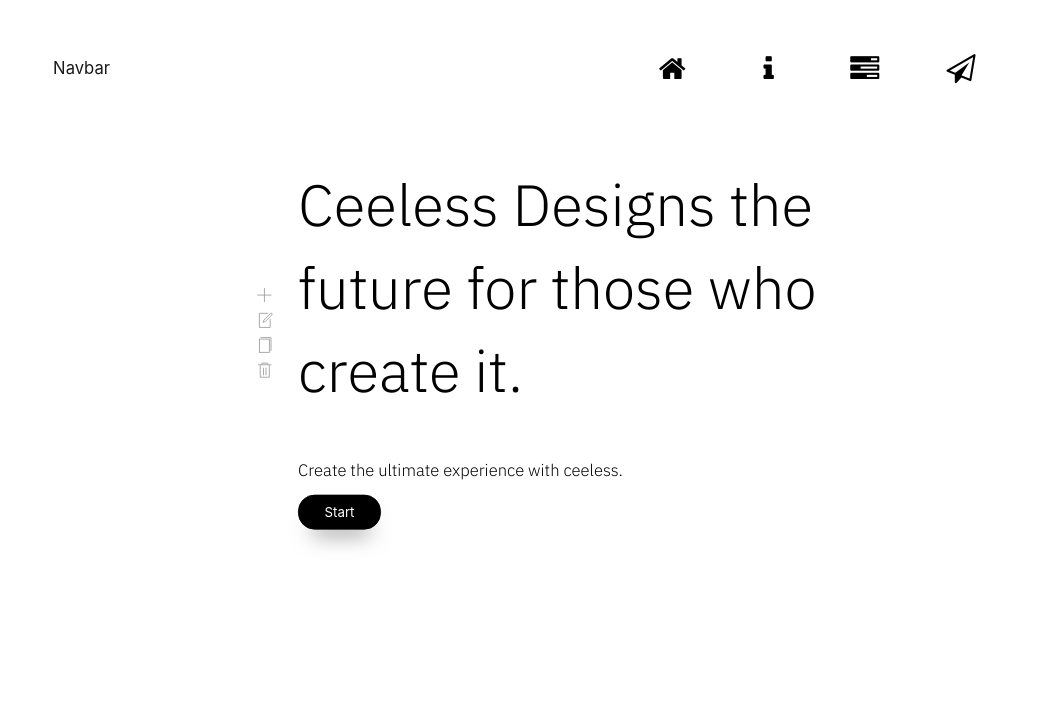
Repository: latenightsnacc/ceeless
Page: index.html
These files come from the project's save history. The page is drawn as it stood at one moment and after the next save; the edit follows.
The browser window is 1280 px wide. The pictures show the whole page, at 83% of full size.
Some web libraries are served in a nearby version. The style sheet was rebuilt from its Sass, Less or Tailwind sources for each picture, by a compiler version that may differ from the author's.

Above is the page before, as saved 2020-06-12 13:13:58.

### index.html
<!DOCTYPE html>
<html lang="en">
<head>
    <meta charset="UTF-8">
    <meta name="viewport" content="width=device-width, initial-scale=1.0">

    <!--Bootstrap-->
    <link rel="stylesheet" href="https://stackpath.bootstrapcdn.com/bootstrap/4.5.0/css/bootstrap.min.css" integrity="sha384-9aIt2nRpC12Uk9gS9baDl411NQApFmC26EwAOH8WgZl5MYYxFfc+NcPb1dKGj7Sk" crossorigin="anonymous">

    <!-- UIkit CSS -->
    <link rel="stylesheet" href="https://cdn.jsdelivr.net/npm/uikit@3.5.3/dist/css/uikit.min.css" />

    <!--Font Awesome Icons-->
    <link rel="stylesheet" href="https://maxcdn.bootstrapcdn.com/font-awesome/4.4.0/css/font-awesome.min.css">

    <!--Custom Stylesheet-->
    <link rel="stylesheet" href="Styles/stylesheet.css">

    <!--Page Title-->
    <title>Ceeless | Licorne Technologies</title>
</head>
<body>
    <main class="wrapper ml-5 mr-5">
        <!--NavBar-->
        <nav class="navbar navbar-expand-lg navbar-light bg-transparent mt-3">
            <!--Logo-->
            <a class="navbar-brand" href="#">Navbar</a>
            <!--Mobile NavBar Icon-->
            <div class="navbar-toggler" type="button" data-toggle="collapse" data-target="#navbarTogglerDemo03" aria-controls="navbarTogglerDemo03" aria-expanded="false" aria-label="Toggle navigation">
                <div class="nav-icon">
                    <span class="long-bar-one"></span>
                    <span class="short-bar-two"></span>
                    <span class="long-bar-three"></span>
                </div>
            </div>
            <div class="collapse navbar-collapse" id="navbarTogglerDemo03">
              <ul class="navbar-nav ml-auto mt-2 mt-lg-0">
                <li class="nav-item active">
                  <a class="nav-link" title="Home"role="button" href="#"><span class="menu-text" id="homeText" >Home</span><i class="fa fa-home" id="homeIcon"></i></a>
                </li>
                <li class="nav-item">
                  <a class="nav-link" href="#"><span class="menu-text" id="aboutText">About</span><i class="fa fa-info" id="aboutIcon"></i></a>
                </li>
                <li class="nav-item">
                  <a class="nav-link" href="#"><span class="menu-text" id="abtText">Portfolio</span><i class="fa fa-tasks" aria-hidden="true" id="portfolioIcon"></i></a>
                </li>
                <li class="nav-item">
                    <a class="nav-link" href="#"><span class="menu-text" id="abtText">Contact</span><i class="fa fa-send-o" id="contactIcon"></i></a>
                  </li>
              </ul>
            </div>
        </nav>
        <!--End of NavBar-->

        <!--Header wrapper-->
        <section class="header-wrapper container-fluid">
            <div class="row pt-5">
                <!--Social Icons-->
                <div class="col-3">
                    <ul class="uk-iconnav uk-iconnav-vertical uk-align-right@s align-middle	">
                        <li><a href="#" uk-icon="icon: plus"></a></li>
                        <li><a href="#" uk-icon="icon: file-edit"></a></li>
                        <li><a href="#" uk-icon="icon: copy"></a></li>
                        <li><a href="#" uk-icon="icon: trash"></a></li>
                    </ul>
                </div>
                <!--Header Message-->
                <div class="col-9 header-text">
                    <div class="card w-75">
                        <h1>Ceeless Designs the future for those who create it.</h1>
                        <h5>Create the ultimate experience with ceeless.</h5>
                        <a href="#" class="action-btn">Start</a>
                    </div>
                </div>
            </div>
        </section>
        <!--End of Header wrapper-->

        <!--Our Work-->
        <section class="our-work wrapper">
            <div class="row">
                <!--Slider-->
                <div class="col"></div>
                <!--What we do-->
                <div class="col"></div>
            </div>
        </section>
    </main>

    <!-- JS, Popper.js, and jQuery -->
    <script src="https://code.jquery.com/jquery-3.5.1.slim.min.js" integrity="sha384-DfXdz2htPH0lsSSs5nCTpuj/zy4C+OGpamoFVy38MVBnE+IbbVYUew+OrCXaRkfj" crossorigin="anonymous"></script>
    <script src="https://cdn.jsdelivr.net/npm/popper.js@1.16.0/dist/umd/popper.min.js" integrity="sha384-Q6E9RHvbIyZFJoft+2mJbHaEWldlvI9IOYy5n3zV9zzTtmI3UksdQRVvoxMfooAo" crossorigin="anonymous"></script>
    <script src="https://stackpath.bootstrapcdn.com/bootstrap/4.5.0/js/bootstrap.min.js" integrity="sha384-OgVRvuATP1z7JjHLkuOU7Xw704+h835Lr+6QL9UvYjZE3Ipu6Tp75j7Bh/kR0JKI" crossorigin="anonymous"></script>
    <!-- UIkit JS -->
    <script src="https://cdn.jsdelivr.net/npm/uikit@3.5.3/dist/js/uikit.min.js"></script>
    <script src="https://cdn.jsdelivr.net/npm/uikit@3.5.3/dist/js/uikit-icons.min.js"></script>
    <script src="Js/scripts.js"></script>
</body>
</html>

### Js/scripts.js
let menuHomeText = document.getElementById('homeText');
let menuHomeIcon = document.getElementById('homeIcon');

let menuAboutText = document.getElementById('aboutText');
let menuAboutIcon = document.getElementById('aboutIcon');


if(menuHomeIcon){
    menuHomeIcon.addEventListener('mouseover', event =>{


        menuHomeText.style.display = 'none';



    });
}

if(menuAboutIcon){
    menuAboutIcon.addEventListener('mouseover', event =>{

        menuAboutText.style.display = 'block';

        if(menuAboutText.style.display = 'block'){
            menuAboutText.style.display = 'none';
        }

    });
}

### Styles/stylesheet.scss
@import 'variables';
@import 'navbar';
@import 'header';

*{
    margin: 0;
    padding: 0;
    text-decoration: none;
    list-style: none;
}
body{
    background-color: white;
}

### Styles/_variables.scss
@import url('https://fonts.googleapis.com/css2?family=IBM+Plex+Sans:wght@300;700&display=swap');

$font: 'IBM Plex Sans', sans-serif;
$dark: black;
$light: white;
$box-shadow: 0 5px 15px rgba(0,0,0,0.08);
$btn-shadow: 2px 20px 25px -15px rgba(0, 0, 0, 0.54);

### Styles/navbar.scss
@import 'variables';

.navbar-toggler{
    border: none;
    .nav-icon{
        display: flex;
        flex-direction: column;
        .long-bar-one, .long-bar-three, .short-bar-two{
            border: 2px solid $dark;
            margin-bottom: 5px;
        }
        .long-bar-one, .long-bar-three{
            width: 33px;
        }
        .short-bar-two{
            width: 20px;
        }

        &:hover{
            .long-bar-one, .long-bar-three{
                width: 20px;
                transition: width 300ms ease-in-out 0s;

            }
            .short-bar-two{
                width: 33px;

            }
        }
    }
}
.nav-item {
    a.nav-link{
        display: flex;
        align-items: center;
        &:hover {
            margin-right: 10px;
        }


        .menu-text,.fa{
            flex: 1;
        }

    }
    .menu-text {
        color: $dark;
        font-weight: 500;
        font-family: $font;
        display: none;
    }

    .fa{
        display: flex;
        justify-content: center !important;
        align-items: center;
        color: $dark;
        font-size: 35px;
        background-color: $light;
        height: 100px;
        width: 100px;
        border-radius: 50%;



        &:hover{

            background-color: $dark;
            color: $light;
            transition: width 300ms ease-in-out 0s;


        }
    }
}

### Styles/header.scss
@import 'variables';

.align-middle{
    display: flex;
    flex-direction: column;
    justify-content: center;
    height: 400px;
}
.header-wrapper{
    height: 100vh;
    .header-text{
        .card{
            border: none;
            display: flex;
            flex-direction: column;
            justify-content: center;

            h1, h5{
                font-family: $font;
                color: $dark;
            }

            h1{
                font-size: 70px;
                line-height: 100px;
            }
            h5{
                font-size: 20px;
                line-height: 20px;
                font-weight: 300;
            }

        }
    }
}
a.action-btn {
    border: 1px solid $dark;
    background-color: $dark;
    width: 100px;
    border-radius: 20px;
    padding: 10px;
    box-shadow: $btn-shadow;
    color: $light;
    text-align: center;
    line-height: 20px;
    &:hover{
        text-decoration: none;
    }

}

After the next save:
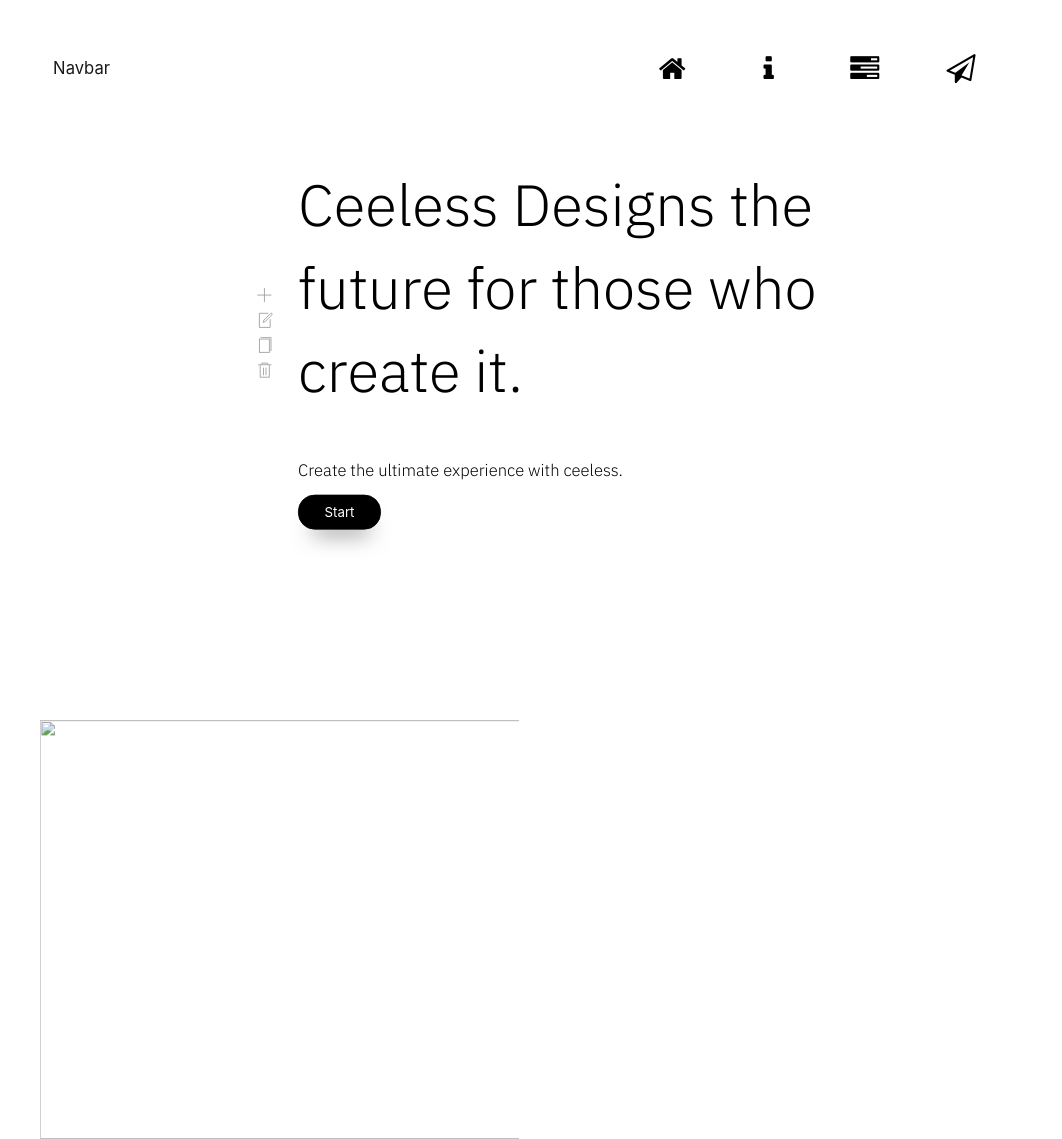
Not found: images/dark.jpg
Not found: images/light.jpg
Not found: images/photo.jpg
Saved 5 min 32 s later.
--- a/index.html
+++ b/index.html
@@ -80,7 +80,26 @@
         <section class="our-work wrapper">
             <div class="row">
                 <!--Slider-->
-                <div class="col"></div>
+                <div class="col">
+                    <div class="uk-position-relative uk-visible-toggle uk-light" tabindex="-1" uk-slideshow="ratio: false">
+
+                        <ul class="uk-slideshow-items" uk-height-viewport="offset-top: true; offset-bottom: 30">
+                            <li>
+                                <img src="images/photo.jpg" alt="" uk-cover>
+                            </li>
+                            <li>
+                                <img src="images/dark.jpg" alt="" uk-cover>
+                            </li>
+                            <li>
+                                <img src="images/light.jpg" alt="" uk-cover>
+                            </li>
+                        </ul>
+
+                        <a class="uk-position-center-left uk-position-small uk-hidden-hover" href="#" uk-slidenav-previous uk-slideshow-item="previous"></a>
+                        <a class="uk-position-center-right uk-position-small uk-hidden-hover" href="#" uk-slidenav-next uk-slideshow-item="next"></a>
+
+                    </div>
+                </div>
                 <!--What we do-->
                 <div class="col"></div>
             </div>
